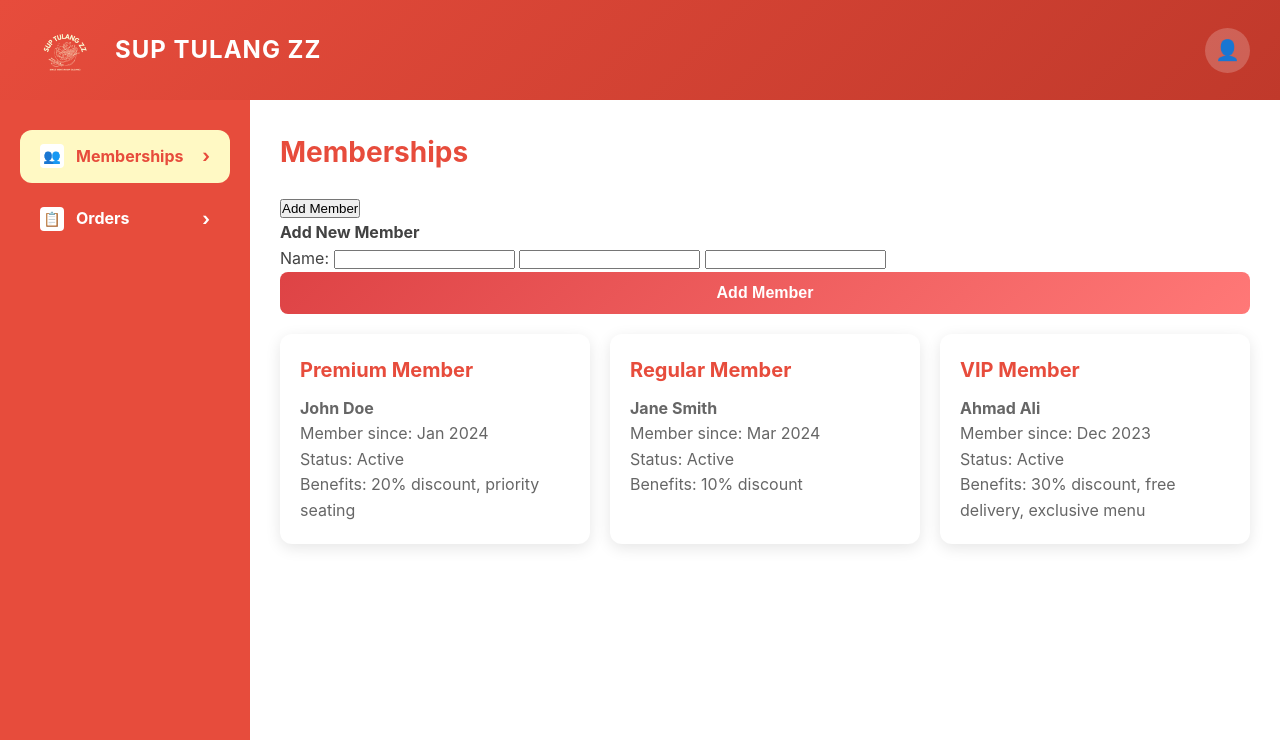
Repository: YIsheng2002/web-frontend
Page: view/Staff/dashboardstaff.html
An editor plug-in stored every save of this project. The page is shown before and after the next save, followed by the edit.
The browser window is 1280 px wide. The pictures show the whole page.

Above is the page before, as saved 2025-06-12 15:25:12.

### view/Staff/dashboardstaff.html
<!DOCTYPE html>
<html lang="en">

<head>
    <meta charset="UTF-8">
    <meta name="viewport" content="width=device-width, initial-scale=1.0">
    <title>SUP TULANG ZZ</title>
    <link rel="stylesheet" href="../Staff/assets/css/main.css">
    <link rel="stylesheet" href="../../assets/css/main.css">
    <link rel="stylesheet" href="./assets/css/dashboardStaff.css">
    <script src="./assets/javascript/dashboardStaff.js"></script>

</head>

<body>
    <!-- Header -->
    <header class="header">
        <div class="logo-section">
            <img src="../../assets/images/logo.png" alt="Logo" class="logo">
            <h1 class="brand-name">SUP TULANG ZZ</h1>
        </div>

        <div class="user-menu">
            <div class="user-avatar" onclick="toggleDropdown()">
                👤
            </div>
            <div class="dropdown-menu" id="userDropdown">
                <a href="#" class="dropdown-item" onclick="showProfile()">
                    👤 Profile
                </a>
                <a href="#" class="dropdown-item" onclick="showSettings()">
                    ⚙️ Settings
                </a>
                <a href="#" class="dropdown-item" onclick="showOrders()">
                    📋 Orders
                </a>
                <a href="#" class="dropdown-item" onclick="showReports()">
                    📊 Reports
                </a>
                <hr style="margin: 8px 0; border: none; border-top: 1px solid #eee;">
                <a href="#" class="dropdown-item danger" onclick="logout()">
                    🚪 Logout
                </a>
            </div>
        </div>
    </header>

    <div class =" dashboard-container">
         <!-- Sidebar -->
        <div class="sidebar">
            <ul class="sidebar-menu">
                <li class="sidebar-item">
                    <a href="#" class="sidebar-link active" onclick="showMembership(event)">
                        <div class="sidebar-icon">👥</div>
                        <span class="sidebar-text">Memberships</span>
                        <span class="sidebar-arrow">›</span>
                    </a>
                </li>
                <li class="sidebar-item">
                    <a href="#" class="sidebar-link" onclick="showOrders(event)">
                        <div class="sidebar-icon">📋</div>
                        <span class="sidebar-text">Orders</span>
                        <span class="sidebar-arrow">›</span>
                    </a>
                </li>
            </ul>
        </div>
        <!-- Main Content -->
        <div class="main-content active" id="membership">
            <h3>Memberships</h3>
            <button class="add-member-btn" onclick="addMember()">Add Member</button>
            <div id="membershipForm" class="membership-form hidden">
                <h4>Add New Member</h4>
                <form id="addMemberForm">
                    <label for="memberName">Name:</label>
                    <input type="text" id="memberName" name="memberName" required>
                    <input type="email" id="memberEmail" name="memberEmail" required>
                    <input type="phone number" id="memberphonenumber" name="memberphonenumber" required>
                    <button type="submit" class="btn-primary">Add Member</button>
                </form>

            <div class="membership-cards">
                <div class="membership-card">
                    <div class="membership-title">Premium Member</div>
                    <div class="membership-details">
                        <p><strong>John Doe</strong></p>
                        <p>Member since: Jan 2024</p>
                        <p>Status: Active</p>
                        <p>Benefits: 20% discount, priority seating</p>
                    </div>
                </div>
                <div class="membership-card">
                    <div class="membership-title">Regular Member</div>
                    <div class="membership-details">
                        <p><strong>Jane Smith</strong></p>
                        <p>Member since: Mar 2024</p>
                        <p>Status: Active</p>
                        <p>Benefits: 10% discount</p>
                    </div>
                </div>
                <div class="membership-card">
                    <div class="membership-title">VIP Member</div>
                    <div class="membership-details">
                        <p><strong>Ahmad Ali</strong></p>
                        <p>Member since: Dec 2023</p>
                        <p>Status: Active</p>
                        <p>Benefits: 30% discount, free delivery, exclusive menu</p>
                    </div>
                </div>
            </div>
        </div>
         <div class="main-content" id="orders">
            <h3>Orders</h3>
            <div class="order-list">
                <div class="order-item">
                    <span class="order-id">Order #12345</span>
                    <span class="order-status pending">Pending</span>
                </div>
                <div class="order-item">
                    <span class="order-id">Order #12346</span>
                    <span class="order-status completed">Completed</span>
                </div>
                <div class="order-item">
                    <span class="order-id">Order #12347</span>
                    <span class="order-status pending">Pending</span>
                </div>
                <div class="order-item">
                    <span class="order-id">Order #12348</span>
                    <span class="order-status cancelled">Cancelled</span>
                </div>
            </div>
        </div>

</body>

</html>

### view/Staff/assets/css/main.css
* {
    margin: 0;
    padding: 0;
    box-sizing: border-box;
}

body {
    font-family: -apple-system, BlinkMacSystemFont, 'Segoe UI', Roboto, sans-serif;
    line-height: 1.6;
    color: #333;
    background-color: #f5f5f5;
}

.btn-primary {
    background: linear-gradient(135deg, #667eea 0%, #764ba2 100%);
    color: white;
    border: none;
    padding: 12px 24px;
    border-radius: 8px;
    font-size: 16px;
    font-weight: 600;
    cursor: pointer;
    transition: all 0.3s ease;
    width: 100%;
}

.btn-primary:hover {
    transform: translateY(-2px);
    box-shadow: 0 8px 25px rgba(102, 126, 234, 0.3);
}

.btn-primary:active {
    transform: translateY(0);
}

### assets/css/main.css
:root{
    --primary-color: #DE4345;
    --secondary-color: #F8FAD4;
    --white-color: #FFFFFF;
    --header-font-color: #212121;
    --header6-font-color: #424242;
    --light-red: #FF7877;
}

* {
    margin: 0;
    padding: 0;
    box-sizing: border-box;
}

body {
    font-family: -apple-system, BlinkMacSystemFont, 'Segoe UI', Roboto, sans-serif;
    line-height: 1.6;
    color: var(--header6-font-color);
    background-color: #f5f5f5;
}

.btn-primary {
    background: linear-gradient(135deg, var(--primary-color) 0%, var(--light-red) 100%);
    color: white;
    border: none;
    padding: 12px 24px;
    border-radius: 8px;
    font-size: 16px;
    font-weight: 600;
    cursor: pointer;
    transition: all 0.3s ease;
    width: 100%;
}

.btn-primary:hover {
    transform: translateY(-5px);
    box-shadow: 0 8px 25px rgba(253, 114, 92, 0.22);
}

.btn-primary:active {
    transform: translateY(0);
}

/* Header Styles */
.header {
    background: linear-gradient(135deg, #e74c3c, #c0392b);
    color: white;
    padding: 15px 30px;
    display: flex;
    justify-content: space-between;
    align-items: center;
    box-shadow: 0 2px 10px rgba(0,0,0,0.1);
}

.logo-section {
    display: flex;
    align-items: center;
    gap: 15px;
}

.logo {
    width: 70px;
    height: 70px;
    display: flex;
    align-items: center;
    justify-content: center;
    font-weight: bold;
    font-size: 18px;
}

.brand-name {
    font-size: 28px;
    font-weight: bold;
    letter-spacing: 1px;
}

### view/Staff/assets/css/dashboardStaff.css
/* Reset and Base Styles - Using your main.css */


.brand-name {
    color: white;
    font-size: 24px;
    font-weight: bold;
}

/* User Menu */
.user-menu {
    position: relative;
}

.user-avatar {
    width: 45px;
    height: 45px;
    background: rgba(255, 255, 255, 0.2);
    border-radius: 50%;
    display: flex;
    align-items: center;
    justify-content: center;
    cursor: pointer;
    transition: all 0.3s ease;
    font-size: 20px;
    color: white;
}

.user-avatar:hover {
    background: rgba(255, 255, 255, 0.3);
    transform: scale(1.05);
}

.dropdown-menu {
    position: absolute;
    top: 100%;
    right: 0;
    background: white;
    border-radius: 12px;
    box-shadow: 0 10px 30px rgba(0, 0, 0, 0.15);
    padding: 12px 0;
    min-width: 180px;
    opacity: 0;
    visibility: hidden;
    transform: translateY(-10px);
    transition: all 0.3s ease;
    z-index: 1000;
    margin-top: 10px;
}

.dropdown-menu.show {
    opacity: 1;
    visibility: visible;
    transform: translateY(0);
}

.dropdown-item {
    display: block;
    padding: 12px 20px;
    color: #333;
    text-decoration: none;
    transition: background 0.3s ease;
    display: flex;
    align-items: center;
    gap: 10px;
}

.dropdown-item:hover {
    background: #f8f9fa;
}

.dropdown-item.danger:hover {
    background: #fee;
    color: #e74c3c;
}


/* Main Layout */
.dashboard-container {
    display: flex;
    height: calc(100vh - 80px);
}

/* Sidebar */
.sidebar {
    width: 250px;
    background-color: #e74c3c;
    padding: 20px 0;
}

.sidebar-menu {
    list-style: none;
    padding: 0;
    margin: 0;
}

.sidebar-item {
    margin: 10px 0;
    padding: 0 20px;
}

.sidebar-link {
    display: flex;
    align-items: center;
    justify-content: space-between;
    text-decoration: none;
    padding: 12px 20px;
    font-size: 16px;
    font-weight: bold;
    border-radius: 12px;
    transition: all 0.3s ease;
    color: #fff;
    background-color: transparent;
}

.sidebar-link:hover {
    background-color: rgba(255, 255, 255, 0.1);
}

.sidebar-link.active {
    background-color: #fff9c4;
    color: #e74c3c;
}

.sidebar-icon {
    width: 24px;
    height: 24px;
    margin-right: 12px;
    background: #fff;
    border-radius: 4px;
    display: flex;
    align-items: center;
    justify-content: center;
    font-size: 14px;
}

.sidebar-text {
    flex-grow: 1;
}

.sidebar-arrow {
    font-size: 18px;
    margin-left: 12px;
}

/* Main Content */
.main-content {
    flex: 1;
    padding: 30px;
    background: white;
    overflow-y: auto;
    display: none;
}

.main-content.active {
    display: block;
}

.main-content h3 {
    color: #e74c3c;
    margin-bottom: 20px;
    font-size: 28px;
}

/* Membership Content */
.membership-cards {
    display: grid;
    grid-template-columns: repeat(auto-fit, minmax(300px, 1fr));
    gap: 20px;
    margin-top: 20px;
}

.membership-card {
    background: white;
    border-radius: 12px;
    padding: 20px;
    box-shadow: 0 4px 15px rgba(0, 0, 0, 0.1);
    transition: transform 0.3s ease;
}

.membership-card:hover {
    transform: translateY(-5px);
}

.membership-title {
    font-size: 20px;
    font-weight: bold;
    color: #e74c3c;
    margin-bottom: 10px;
}

.membership-details {
    color: #666;
    line-height: 1.6;
}

/* Orders Content */
.order-list {
    margin-top: 20px;
}

.order-item {
    background: white;
    border-radius: 12px;
    padding: 20px;
    margin-bottom: 15px;
    box-shadow: 0 4px 15px rgba(0, 0, 0, 0.1);
    display: flex;
    justify-content: space-between;
    align-items: center;
    transition: transform 0.3s ease;
}

.order-item:hover {
    transform: translateY(-2px);
}

.order-id {
    font-weight: bold;
    color: #333;
}

.order-status {
    padding: 8px 16px;
    border-radius: 20px;
    font-size: 14px;
    font-weight: bold;
}

.order-status.pending {
    background: #fff3cd;
    color: #856404;
}

.order-status.completed {
    background: #d4edda;
    color: #155724;
}

.order-status.cancelled {
    background: #f8d7da;
    color: #721c24;
}

.add-membership-btn {
    background-color: #e74c3c;
    color:white;
    padding: 10px 20px;
    border: none;
    border-radius: 8px;
    font-size: 14px;
    font-weight: bold;
    cursor: pointer;
    transition: background-color 0.3s ease;
    float: right; /* This makes it right-aligned */
    margin-bottom: 20px;

}
.add-membership-btn:hover {
    background-color: #cf4436; /* slightly darker on hover */
}

.add-membership-btn:active {
    transform: translateY(1px);
}

/* Responsive Design */
@media (max-width: 768px) {
    .dashboard-container {
        flex-direction: column;
    }

    .sidebar {
        width: 100%;
        height: auto;
        padding: 10px 0;
    }

    .sidebar-menu {
        display: flex;
        overflow-x: auto;
    }

    .sidebar-item {
        flex: 0 0 auto;
        margin: 0 5px;
    }

    .main-content {
        padding: 20px;
    }

    .membership-cards {
        grid-template-columns: 1fr;
    }
}

### view/Staff/assets/javascript/dashboardStaff.js
// Dropdown functionality
function toggleDropdown() {
    const dropdown = document.getElementById('userDropdown');
    dropdown.classList.toggle('show');
}

// Close dropdown when clicking outside
document.addEventListener('click', function (event) {
    const userMenu = document.querySelector('.user-menu');
    const dropdown = document.getElementById('userDropdown');

    if (!userMenu.contains(event.target)) {
        dropdown.classList.remove('show');
    }
});

// Page navigation
function showPage(pageId, clickedElement) {
    // Hide all pages
    document.querySelectorAll('.main-content').forEach(page => {
        page.classList.remove('active');
    });

    // Show selected page
    const targetPage = document.getElementById(pageId);
    if (targetPage) {
        targetPage.classList.add('active');
    }

    // Remove active class from all sidebar links
    document.querySelectorAll('.sidebar-link').forEach(link => {
        link.classList.remove('active');
    });

    // Add active class to clicked element
    if (clickedElement) {
        clickedElement.classList.add('active');
    }
}

// Sidebar navigation functions
function showMembership(event) {
    event.preventDefault();
    showPage('membership', event.currentTarget);
}

function showOrders(event) {
    event.preventDefault();
    showPage('orders', event.currentTarget);
}

// User menu actions
function showProfile() {
    alert('Profile page - Coming soon!');
    toggleDropdown();
}

function showSettings() {
    alert('Settings page - Coming soon!');
    toggleDropdown();
}

function showOrdersFromDropdown() {
    showPage('orders');
    // Also update sidebar active state
    document.querySelectorAll('.sidebar-link').forEach(link => {
        link.classList.remove('active');
    });
    const ordersLink = document.querySelector('[onclick="showOrders(event)"]');
    if (ordersLink) {
        ordersLink.classList.add('active');
    }
    toggleDropdown();
}

function showReports() {
    alert('Reports page - Coming soon!');
    toggleDropdown();
}

function logout() {
    if (confirm('Are you sure you want to logout?')) {
        alert('Logged out successfully!');
        // Add your logout logic here
        // For example: window.location.href = '/login.html';
    }
    toggleDropdown();
}

// Initialize dashboard when page loads
document.addEventListener('DOMContentLoaded', function() {
    console.log('Dashboard loaded successfully!');

    // You can add any initialization code here
    // For example, loading data from API, setting up event listeners, etc.
});

// Utility function to add new membership card
function addMembershipCard(memberData) {
    const membershipCards = document.querySelector('.membership-cards');
    const cardHTML = `
        <div class="membership-card">
            <div class="membership-title">${memberData.type} Member</div>
            <div class="membership-details">
                <p><strong>${memberData.name}</strong></p>
                <p>Member since: ${memberData.joinDate}</p>
                <p>Status: ${memberData.status}</p>
                <p>Benefits: ${memberData.benefits}</p>
            </div>
        </div>
    `;
    membershipCards.insertAdjacentHTML('beforeend', cardHTML);
}

// Utility function to add new order
function addOrderItem(orderData) {
    const orderList = document.querySelector('.order-list');
    const orderHTML = `
        <div class="order-item">
            <span class="order-id">Order #${orderData.id}</span>
            <span class="order-status ${orderData.status.toLowerCase()}">${orderData.status}</span>
        </div>
    `;
    orderList.insertAdjacentHTML('beforeend', orderHTML);
}

function handleAddMember(){
    const form = document.getElementById('addMemberForm');
    form.style.display = form.style.display === "none" ? "block" : "none";

}

// Example usage:
// addMembershipCard({
//     type: 'Gold',
//     name: 'Sarah Johnson',
//     joinDate: 'May 2024',
//     status: 'Active',
//     benefits: '25% discount, free appetizer'
// });

// addOrderItem({
//     id: '12349',
//     status: 'Completed'
// });

After the next save:
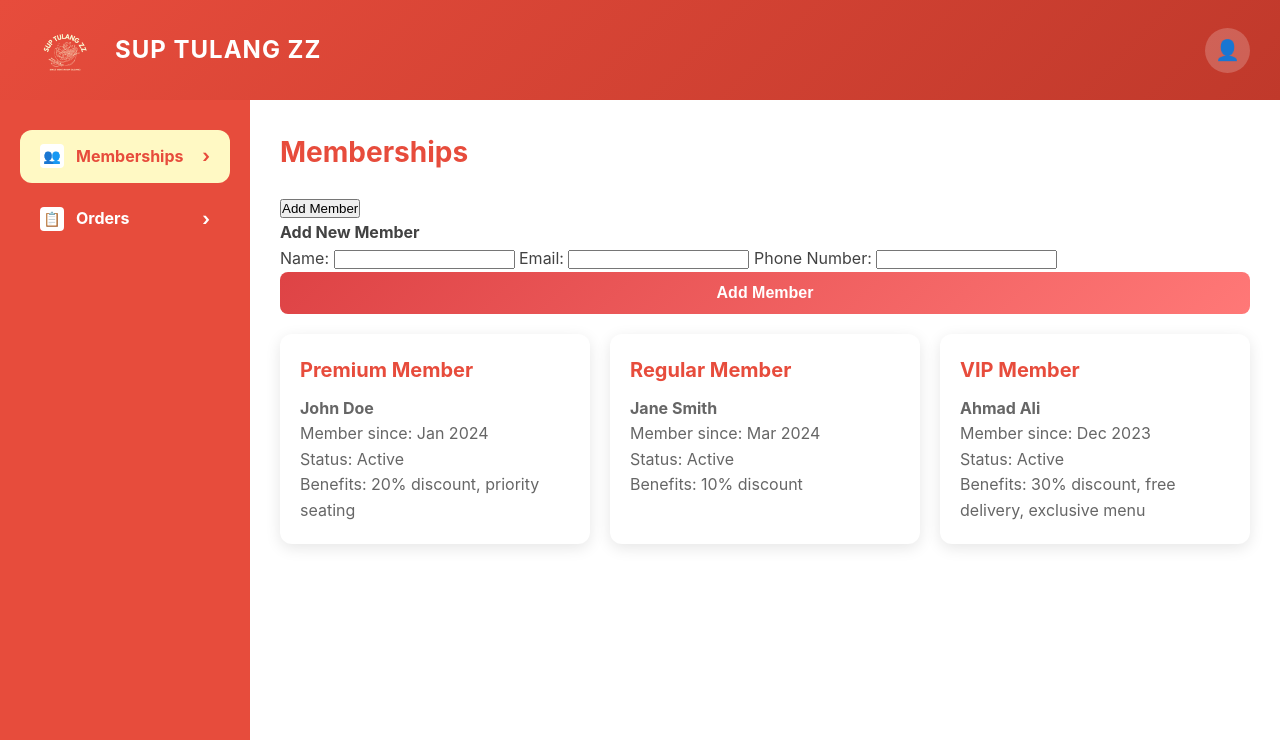
Saved 58 s later.
--- a/view/Staff/dashboardstaff.html
+++ b/view/Staff/dashboardstaff.html
@@ -45,8 +45,8 @@
         </div>
     </header>
 
-    <div class =" dashboard-container">
-         <!-- Sidebar -->
+    <div class=" dashboard-container">
+        <!-- Sidebar -->
         <div class="sidebar">
             <ul class="sidebar-menu">
                 <li class="sidebar-item">
@@ -74,62 +74,67 @@
                 <form id="addMemberForm">
                     <label for="memberName">Name:</label>
                     <input type="text" id="memberName" name="memberName" required>
+
+                    <label for="memberEmail">Email:</label>
                     <input type="email" id="memberEmail" name="memberEmail" required>
+
+                    <label for="memberphonenumber">Phone Number:</label>
                     <input type="phone number" id="memberphonenumber" name="memberphonenumber" required>
+
                     <button type="submit" class="btn-primary">Add Member</button>
                 </form>
 
-            <div class="membership-cards">
-                <div class="membership-card">
-                    <div class="membership-title">Premium Member</div>
-                    <div class="membership-details">
-                        <p><strong>John Doe</strong></p>
-                        <p>Member since: Jan 2024</p>
-                        <p>Status: Active</p>
-                        <p>Benefits: 20% discount, priority seating</p>
+                <div class="membership-cards">
+                    <div class="membership-card">
+                        <div class="membership-title">Premium Member</div>
+                        <div class="membership-details">
+                            <p><strong>John Doe</strong></p>
+                            <p>Member since: Jan 2024</p>
+                            <p>Status: Active</p>
+                            <p>Benefits: 20% discount, priority seating</p>
+                        </div>
                     </div>
-                </div>
-                <div class="membership-card">
-                    <div class="membership-title">Regular Member</div>
-                    <div class="membership-details">
-                        <p><strong>Jane Smith</strong></p>
-                        <p>Member since: Mar 2024</p>
-                        <p>Status: Active</p>
-                        <p>Benefits: 10% discount</p>
+                    <div class="membership-card">
+                        <div class="membership-title">Regular Member</div>
+                        <div class="membership-details">
+                            <p><strong>Jane Smith</strong></p>
+                            <p>Member since: Mar 2024</p>
+                            <p>Status: Active</p>
+                            <p>Benefits: 10% discount</p>
+                        </div>
                     </div>
-                </div>
-                <div class="membership-card">
-                    <div class="membership-title">VIP Member</div>
-                    <div class="membership-details">
-                        <p><strong>Ahmad Ali</strong></p>
-                        <p>Member since: Dec 2023</p>
-                        <p>Status: Active</p>
-                        <p>Benefits: 30% discount, free delivery, exclusive menu</p>
+                    <div class="membership-card">
+                        <div class="membership-title">VIP Member</div>
+                        <div class="membership-details">
+                            <p><strong>Ahmad Ali</strong></p>
+                            <p>Member since: Dec 2023</p>
+                            <p>Status: Active</p>
+                            <p>Benefits: 30% discount, free delivery, exclusive menu</p>
+                        </div>
                     </div>
                 </div>
             </div>
-        </div>
-         <div class="main-content" id="orders">
-            <h3>Orders</h3>
-            <div class="order-list">
-                <div class="order-item">
-                    <span class="order-id">Order #12345</span>
-                    <span class="order-status pending">Pending</span>
-                </div>
-                <div class="order-item">
-                    <span class="order-id">Order #12346</span>
-                    <span class="order-status completed">Completed</span>
-                </div>
-                <div class="order-item">
-                    <span class="order-id">Order #12347</span>
-                    <span class="order-status pending">Pending</span>
-                </div>
-                <div class="order-item">
-                    <span class="order-id">Order #12348</span>
-                    <span class="order-status cancelled">Cancelled</span>
+            <div class="main-content" id="orders">
+                <h3>Orders</h3>
+                <div class="order-list">
+                    <div class="order-item">
+                        <span class="order-id">Order #12345</span>
+                        <span class="order-status pending">Pending</span>
+                    </div>
+                    <div class="order-item">
+                        <span class="order-id">Order #12346</span>
+                        <span class="order-status completed">Completed</span>
+                    </div>
+                    <div class="order-item">
+                        <span class="order-id">Order #12347</span>
+                        <span class="order-status pending">Pending</span>
+                    </div>
+                    <div class="order-item">
+                        <span class="order-id">Order #12348</span>
+                        <span class="order-status cancelled">Cancelled</span>
+                    </div>
                 </div>
             </div>
-        </div>
 
 </body>
 
